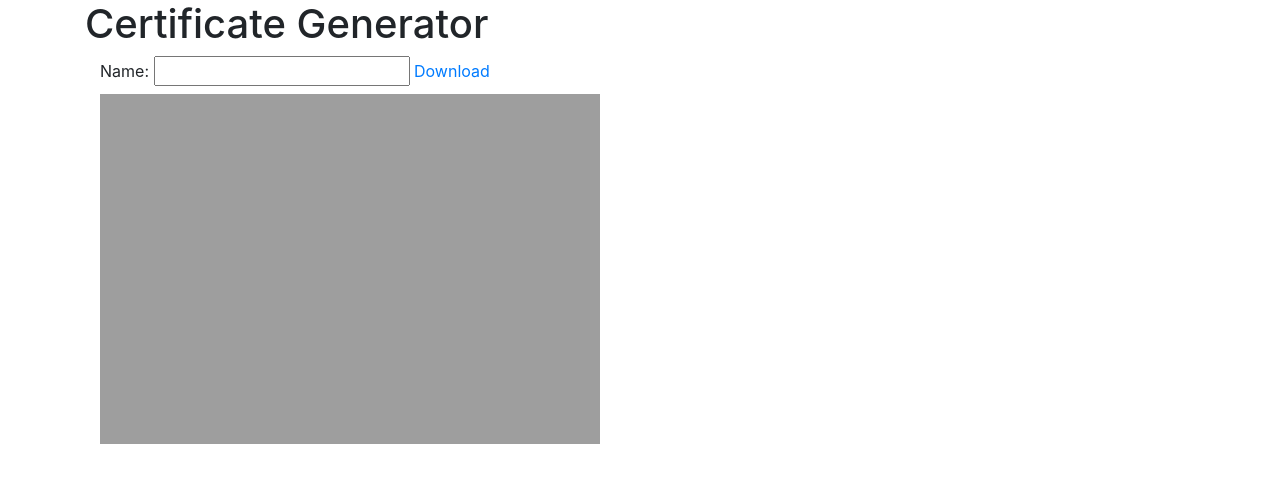
Repository: MrSyntax31/certificategenofficial.github.io
Page: src/main.html
The author's editor kept a copy of each file at every save. The page is drawn from the files as they stood at one save, then again after a run of saves.
The browser window is 1280 px wide. The pictures show the whole page.

Above is the page before, as saved 2021-05-24 17:04:28.

After the next 2 saves:
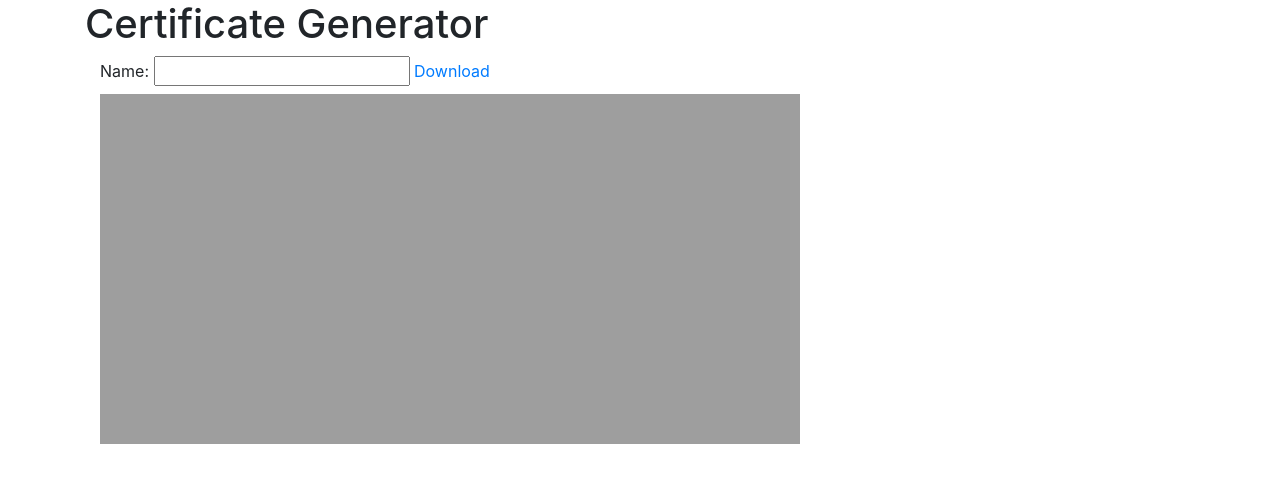
The 2 saves are shown as one change because they came seconds apart.
The last was saved 19 min 56 s later.
--- a/src/main.html
+++ b/src/main.html
@@ -25,7 +25,7 @@
             </label>
             <a href="#" id="download-btn">Download</a>
             <br>
-            <canvas id="canvas" height="350px" width="500px"></canvas>
+            <canvas id="canvas" height="350px" width="700px"></canvas>
         </div>
     </div>
     <script src="index.js"></script>
